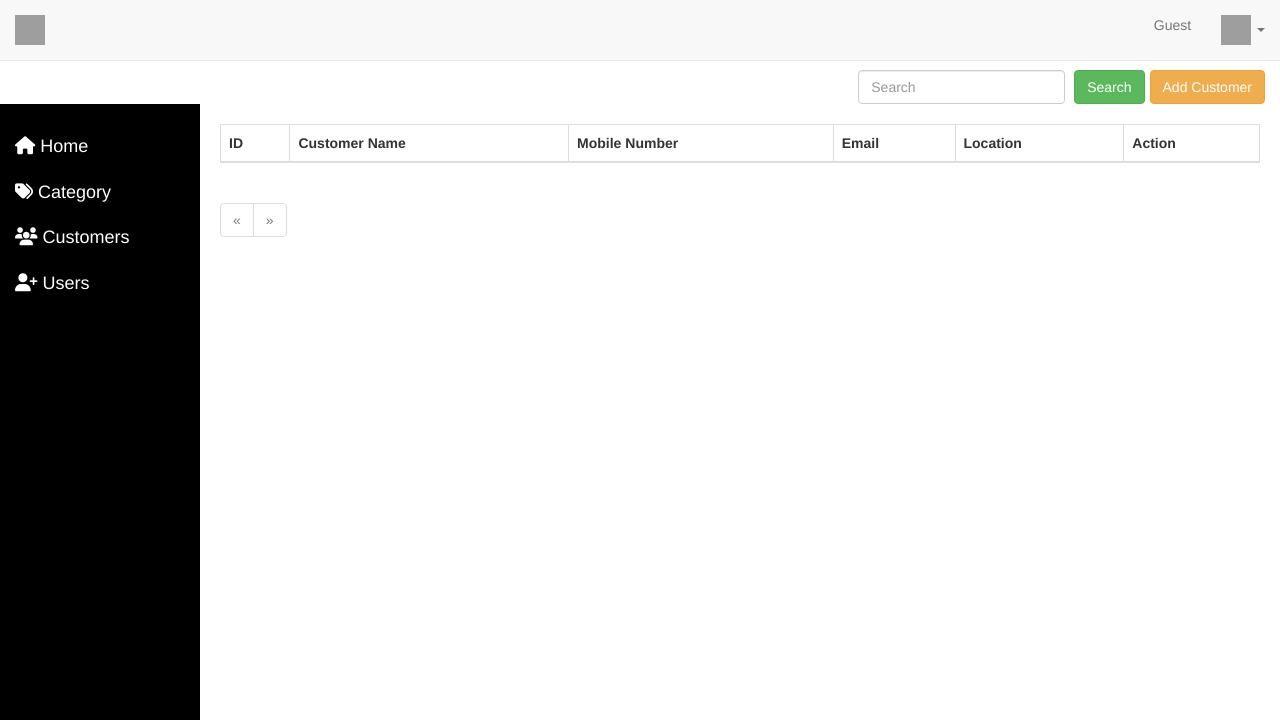
Repository: Nireshkumar24/CRM
Page: http://localhost/adduser
These files come from the project's save history. The page is drawn as it stood at one moment and after the next save; the edit follows.
The browser window is 1280 px wide. The pictures show the whole page.
Pictures or frames that could not be fetched are drawn as grey boxes. The page is served by the project's application, run on Flask 3 (app.py). Queries for data that is not in the repository find no rows.

Above is the page before, as saved 2024-05-28 13:13:48.
Console error: ReferenceError: $ is not defined

After the next save:
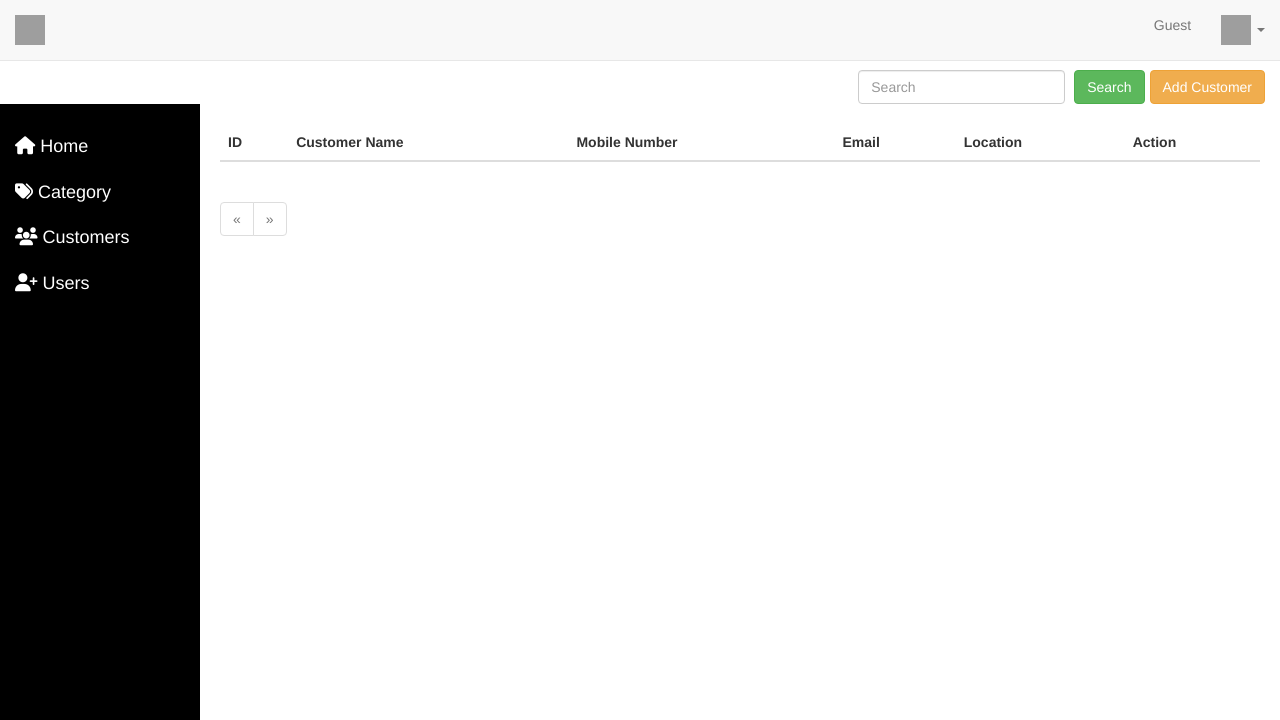
Saved 4 min 19 s later.
--- a/templates/adduser.html
+++ b/templates/adduser.html
@@ -221,7 +221,7 @@
         <a href="/createuser"><i class="fa fa-user-plus"></i> Users</a>
     </div>
     <div class="content">
-        <table class="table table-striped table-bordered hover">
+        <table class="table hover">
             <thead class="thead-light">
                 <tr>
                     <th>ID</th>
